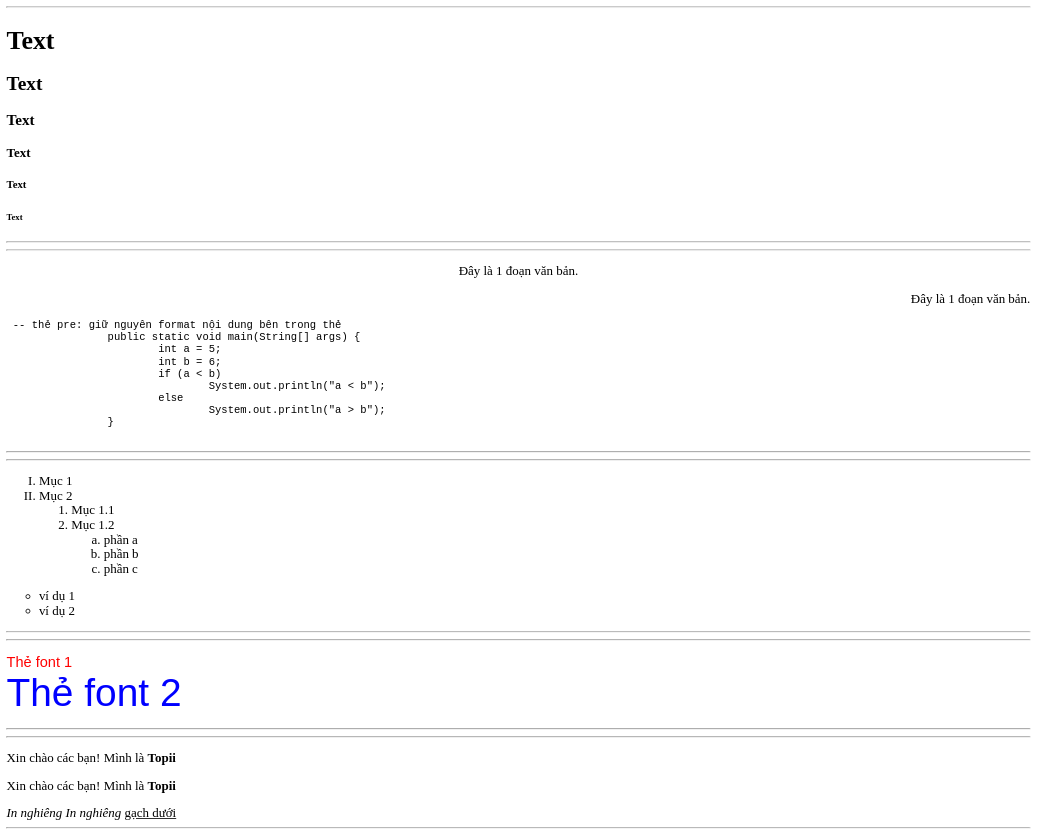
Repository: PhiKhongHoang/JSP-Servlet
Page: Bai2_HTML/src/main/webapp/vidu.html
The author's editor kept a copy of each file at every save. The page is drawn from the files as they stood at one save, then again after the next save.
The browser window is 1280 px wide. The pictures show the whole page, at 81% of full size.

Above is the page before, as saved 2024-02-16 08:49:35.

### Bai2_HTML/src/main/webapp/vidu.html
<!DOCTYPE html>
<html>
<head>
<meta charset="UTF-8">
<title>Insert title here</title>
</head>
<body>
<hr>
	<h1>Text</h1>
	<!-- kích cỡ lớn nhất -->
	<h2>Text</h2>
	<h3>Text</h3>
	<h4>Text</h4>
	<h5>Text</h5>
	<h6>Text</h6>
	<!-- kích cỡ nhỏ nhất -->
<hr>
<hr>
	<p align="center">Đây là 1 đoạn văn bản.</p>
	<p align="right">Đây là 1 đoạn văn bản.</p>

	<pre> -- thẻ pre: giữ nguyên format nội dung bên trong thẻ
		public static void main(String[] args) {
			int a = 5;
			int b = 6;
			if (a &lt; b)
				System.out.println("a &lt; b");
			else
				System.out.println("a &gt; b");
		}
	</pre>
<hr>
<hr>
	<!-- List
		ol: order list: list có thứ tự
		ul: unorder list: list không có thứ tự
	 -->
	 <ol type="I">
	 	<li>Mục 1</li>
	 	<li>Mục 2
	 		<ol>
	 			<li>Mục 1.1</li>
	 			<li>Mục 1.2
	 				<ol type="a">
	 					<li>phần a</li>
	 					<li>phần b</li>
	 					<li>phần c</li>
	 				</ol>
	 			</li>
	 		</ol>
	 	</li>
	 </ol>

	 <ul type="circle">
	 	<li>ví dụ 1</li>
	 	<li>ví dụ 2</li>
	 </ul>
<hr>

<hr>
	 <p>
	 	<font color="red" size="4" face="arial">
	 		Thẻ font 1
	 	</font>
	 	<br>
	 	<font color="blue" size="14" face="arial">
	 		Thẻ font 2
	 	</font>
	 </p>
<hr>
<hr>
	 <p>Xin chào các bạn! Mình là <b>Topii</b></p>
	 <p>Xin chào các bạn! Mình là <strong>Topii</strong></p>
	 <i>In nghiêng</i>
	 <em>In nghiêng</em>
	 <u>gạch dưới</u>
<hr>


</body>
</html>

After the next save:
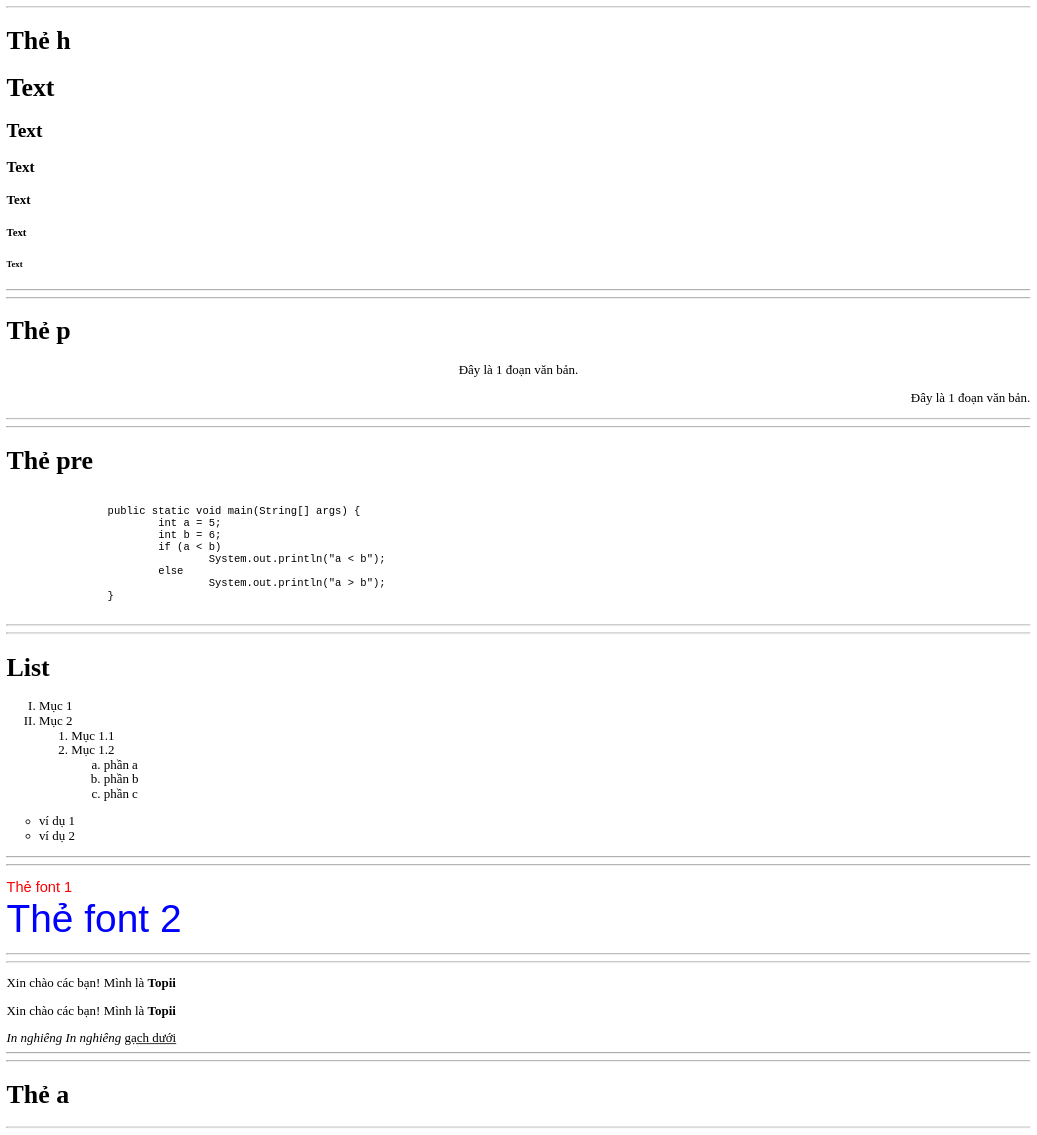
Saved 2 min 29 s later.
--- a/Bai2_HTML/src/main/webapp/vidu.html
+++ b/Bai2_HTML/src/main/webapp/vidu.html
@@ -6,8 +6,8 @@
 </head>
 <body>
 <hr>
-	<h1>Text</h1>
-	<!-- kích cỡ lớn nhất -->
+	<h1>Thẻ h</h1>
+	<h1>Text</h1><!-- kích cỡ lớn nhất -->
 	<h2>Text</h2>
 	<h3>Text</h3>
 	<h4>Text</h4>
@@ -16,10 +16,13 @@
 	<!-- kích cỡ nhỏ nhất -->
 <hr>
 <hr>
+	<h1>Thẻ p</h1>
 	<p align="center">Đây là 1 đoạn văn bản.</p>
 	<p align="right">Đây là 1 đoạn văn bản.</p>
-
-	<pre> -- thẻ pre: giữ nguyên format nội dung bên trong thẻ
+<hr>
+<hr>
+	<h1>Thẻ pre</h1>
+	<pre> <!-- thẻ pre: giữ nguyên format nội dung bên trong thẻ -->
 		public static void main(String[] args) {
 			int a = 5;
 			int b = 6;
@@ -31,6 +34,7 @@
 	</pre>
 <hr>
 <hr>
+	<h1>List</h1>
 	<!-- List
 		ol: order list: list có thứ tự
 		ul: unorder list: list không có thứ tự
@@ -75,6 +79,10 @@
 	 <em>In nghiêng</em>
 	 <u>gạch dưới</u>
 <hr>
+<hr>
+	<h1>Thẻ a</h1>
+	<a href="facebook.com"></a>
+<hr>
 
 
 </body>
